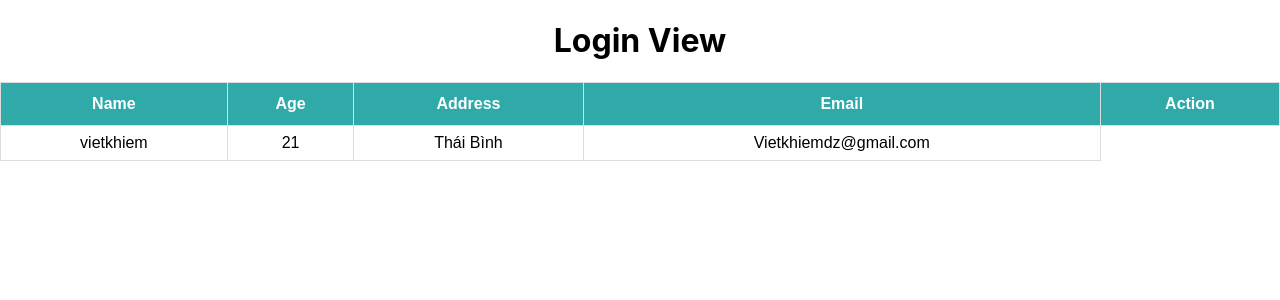
Repository: vietkhiem/TypeScript
Page: /
An editor plug-in stored every save of this project. The page is shown before and after the next save, followed by the edit.
The browser window is 1280 px wide. The pictures show the whole page.
The project was rebuilt for these pictures with package versions that can differ from the ones it lists, and the page was loaded fresh each time.

Above is the page before, as saved 2022-03-16 17:35:52.

### src/App.tsx
import React from 'react';
import './App.css';
import Login from './pages/login';
import TableCustom from './pages/table';


function App() {
  const students = [
    {
      name: 'vietkhiem',
      age: 21,
      address: 'Thái Bình',
      email: 'Vietkhiemdz@gmail.com'
    }
  ]
  return (
    <div className="App">
      {/* thêm view login vào trong App.tsx */}
        <Login />
        {/* thêm components table vào app */}
        <TableCustom rows={students} />

    </div>
  );
}

export default App;

### src/App.css
.App {
  text-align: center;
}

.App-logo {
  height: 40vmin;
  pointer-events: none;
}

@media (prefers-reduced-motion: no-preference) {
  .App-logo {
    animation: App-logo-spin infinite 20s linear;
  }
}

.App-header {
  background-color: #282c34;
  min-height: 100vh;
  display: flex;
  flex-direction: column;
  align-items: center;
  justify-content: center;
  font-size: calc(10px + 2vmin);
  color: white;
}

.App-link {
  color: #61dafb;
}

@keyframes App-logo-spin {
  from {
    transform: rotate(0deg);
  }
  to {
    transform: rotate(360deg);
  }
}
.customers {
  font-family: Arial, Helvetica, sans-serif;
  border-collapse: collapse;
  width: 100%;
}

.customers td, .customers th {
  border: 1px solid #ddd;
  padding: 8px;
}

.customers tr:nth-child(even){background-color: #f2f2f2;}

.customers tr:hover {background-color: #ddd;}

.customers th {
  padding-top: 12px;
  padding-bottom: 12px;
  text-align: center;
  background-color: rgb(48, 169, 169);
  color: white;
}

### src/pages/login/index.tsx
import React from 'react'

export default function Login() {
  return (
    <h1>Login View</h1>
  )
}

### src/pages/table/index.tsx
import React from "react";

type row = {
  name: string,
  age: number,
  address: string,
  email: string
}
type TableProps = {
  rows: row[]
}
function Table({rows} : TableProps) {
    return (
      <table className="customers">
          <thead>
              <th>Name</th>
              <th>Age</th>
              <th>Address</th>
              <th>Email</th>
              <th>Action</th>
          </thead>
          <tbody>
              {
                rows.map(row => (
                  <tr>
                    <td>{row.name}</td>
                    <td>{row.age}</td>
                    <td>{row.address}</td>
                    <td>{row.email}</td>
                  </tr>
                ))
              }
          </tbody>
        </table>
    );
}
export default Table;

Loaded but not shown: public/index.html (common file); src/index.tsx (common file); src/index.css (common file); src/reportWebVitals.ts (common file)

After the next save:
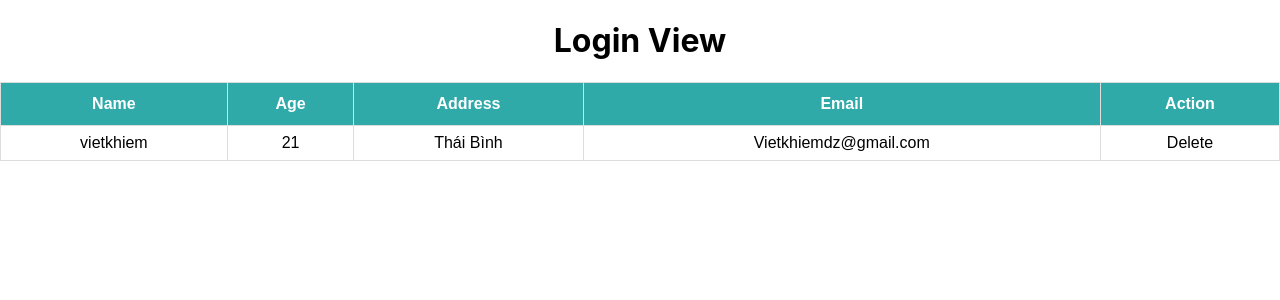
Saved 77 s later.
--- a/src/App.tsx
+++ b/src/App.tsx
@@ -10,7 +10,8 @@ function App() {
       name: 'vietkhiem',
       age: 21,
       address: 'Thái Bình',
-      email: 'Vietkhiemdz@gmail.com'
+      email: 'Vietkhiemdz@gmail.com',
+      action: 'Delete'
     }
   ]
   return (
--- a/src/pages/table/index.tsx
+++ b/src/pages/table/index.tsx
@@ -4,7 +4,8 @@ type row = {
   name: string,
   age: number,
   address: string,
-  email: string
+  email: string,
+  action:string
 }
 type TableProps = {
   rows: row[]
@@ -27,6 +28,7 @@ function Table({rows} : TableProps) {
                     <td>{row.age}</td>
                     <td>{row.address}</td>
                     <td>{row.email}</td>
+                    <td>{row.action}</td>
                   </tr>
                 ))
               }
